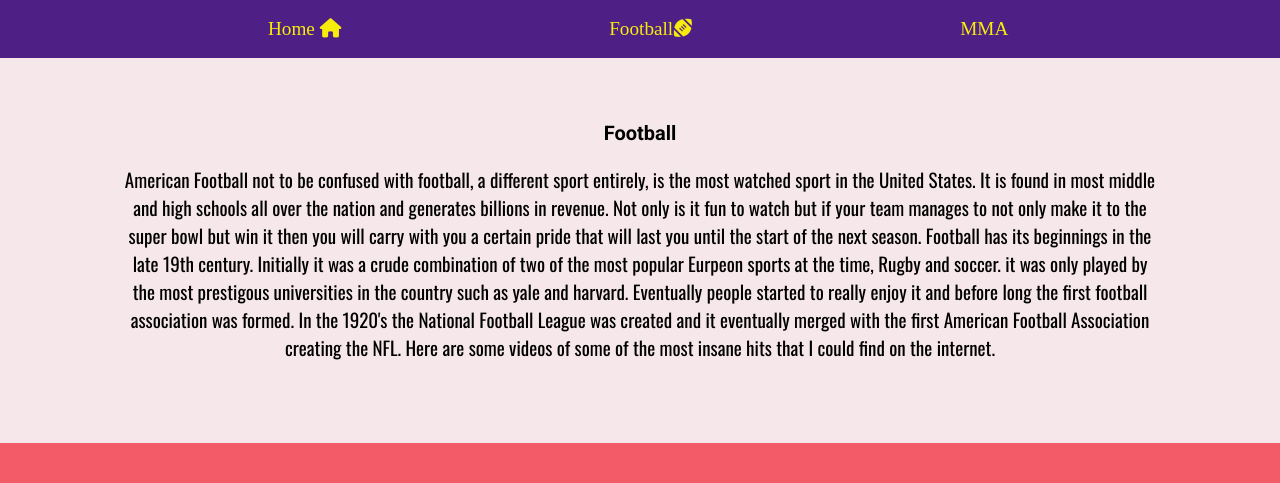
Repository: nak97/personal-site
Page: football.html
An editor plug-in stored every save of this project. The page is shown before and after the next save, followed by the edit.
The browser window is 1280 px wide. The pictures show the part of the page from y = 0 to 483 px (the page is 1934 px tall before and 1953 px after).
Pictures or frames that could not be fetched are drawn as grey boxes. Some icons come from a web library that is not loaded, so they are not drawn. Some web libraries are served in a nearby version.

Above is the page before, as saved 2023-03-19 09:51:40.

After the next save:
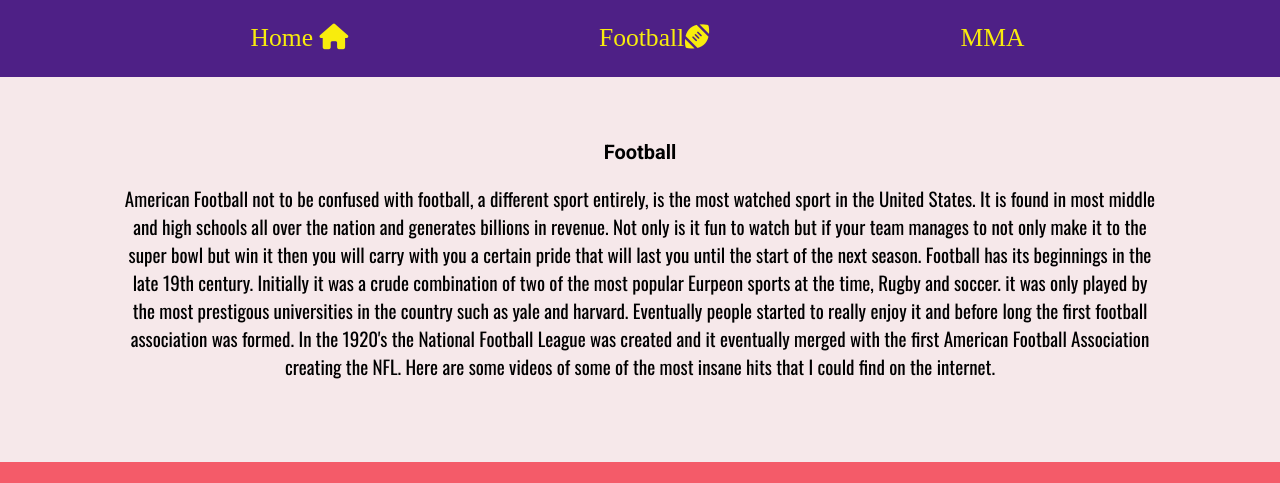
Saved 57 s later.
--- a/personal-site.css
+++ b/personal-site.css
@@ -37,7 +37,7 @@ nav{
   background-color: #4e2086;
   line-height: 3em;
   text-align: center;
-  font-size: 1.2em;
+  font-size: 1.6em;
 }
 
 nav a { color: #f8ec0d;}
